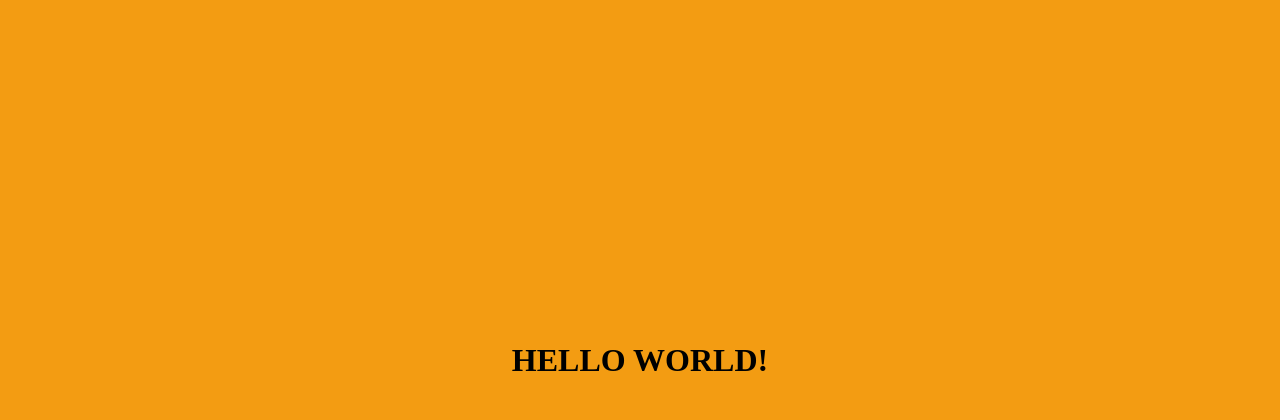
Repository: phong121020/Text-Animation
Page: assets/index.html
An editor plug-in stored every save of this project. The page is shown before and after the next save, followed by the edit.
The browser window is 1280 px wide. The pictures show the whole page.

Above is the page before, as saved 2022-03-11 18:02:37.

After the next save:
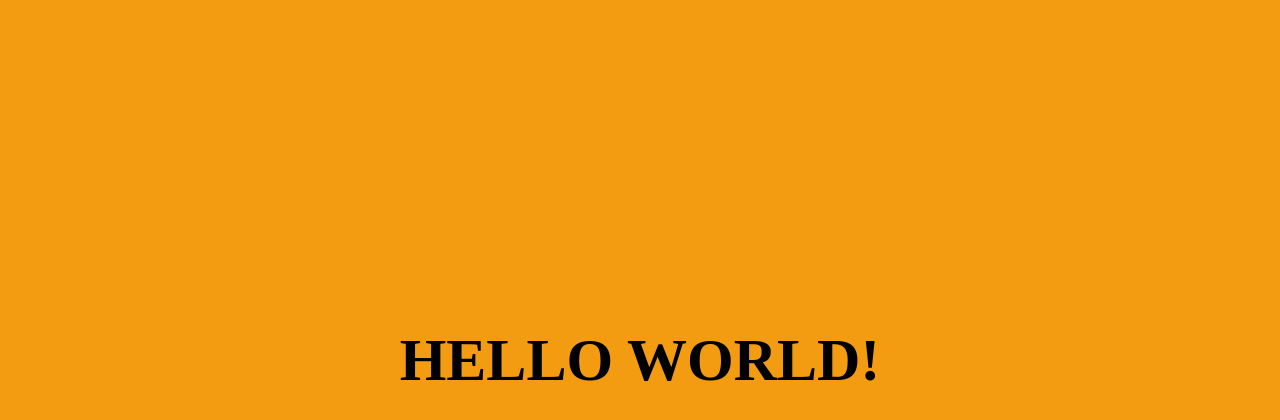
Saved 16 s later.
--- a/assets/style.css
+++ b/assets/style.css
@@ -11,3 +11,6 @@ body {
   align-items: center;
   background-color: #f39c12;
 }
+h1 {
+  font-size: 60px;
+}
